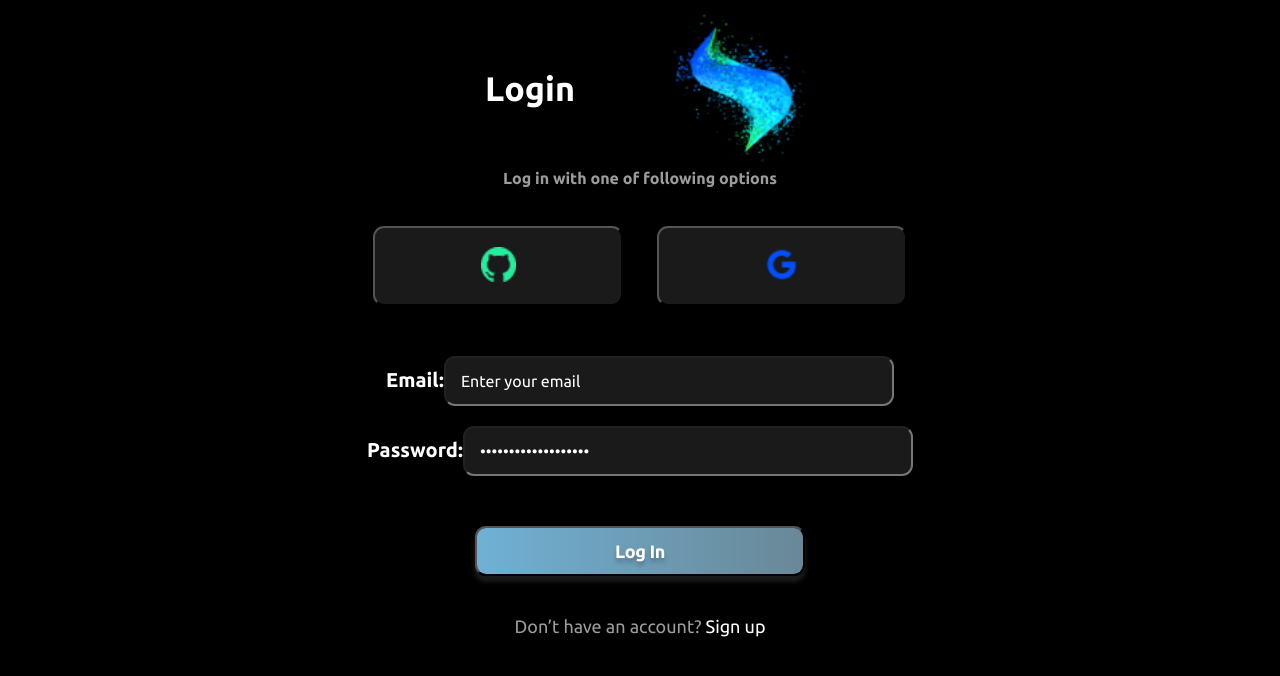
Repository: Cherced/QuanticFilms
Page: /login
These files come from the project's save history. The page is drawn as it stood at one moment and after the next save; the edit follows.
The browser window is 1280 px wide. The pictures show the whole page.
The page's requests for data from a server got no answer. The project was rebuilt for these pictures with package versions that can differ from the ones it lists, and the page was loaded fresh each time. The framework's server and built-in components were replaced by stand-ins that run in the browser. No one was signed in, and anything a server would have sent is missing. Also part of the build but not shown: components/atoms/HeaderFloat.jsx.

Above is the page before, as saved 2022-06-10 12:07:53.

After the next save:
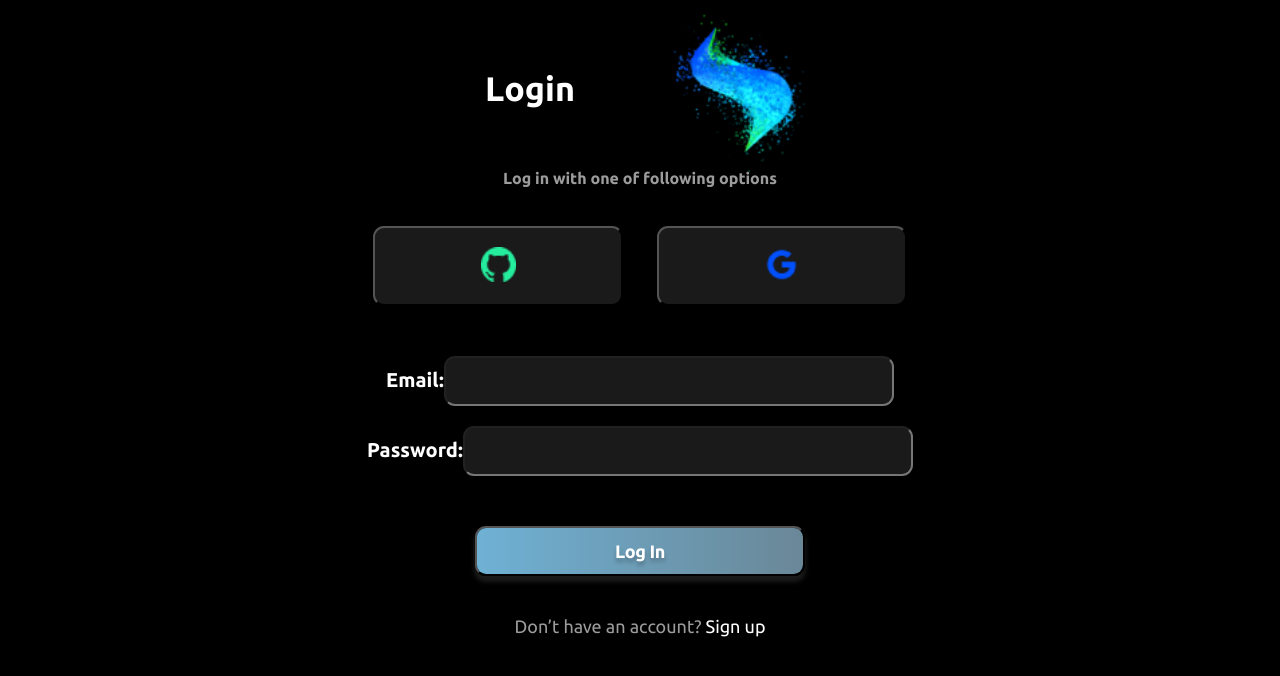
Saved 31 s later.
--- a/components/atoms/InputBasicAccont.jsx
+++ b/components/atoms/InputBasicAccont.jsx
@@ -9,12 +9,12 @@ export const InputBasicAccont = (props) => {
         props.password ?
         (
         <div className="passwordInput">
-        <input type={props.type} value={props.placeholder} name={props.name} autoComplete={props.autoComplete} />
+        <input type={props.type} name={props.name} autoComplete={props.autoComplete} />
         <img src="/images/checkedPassword.png" alt="icon-check"/>
         </div>
         ) :
         (
-        <input type={props.type} value={props.placeholder} name={props.name} autoComplete={props.autoComplete}  />
+        <input type={props.type} name={props.name} autoComplete={props.autoComplete}  />
         )
         }
     </div>
